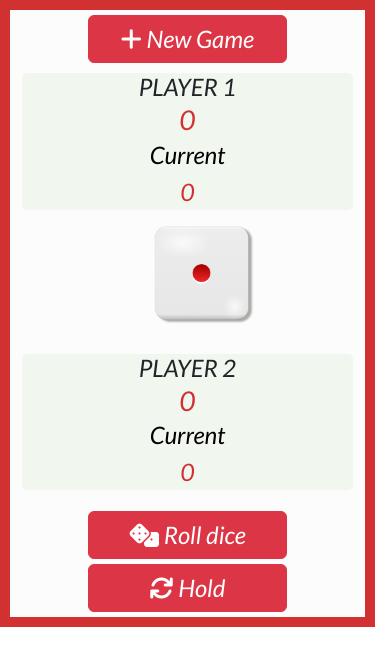
Repository: haifabilel/Eval_JAVASCRIPT
Page: index.html
The author's editor kept a copy of each file at every save. The page is drawn from the files as they stood at one save, then again after the next save.
The browser window is 375 px wide. The pictures show the whole page.
Some web libraries are served in a nearby version.

Above is the page before, as saved 2023-06-08 11:47:24.

After the next save:
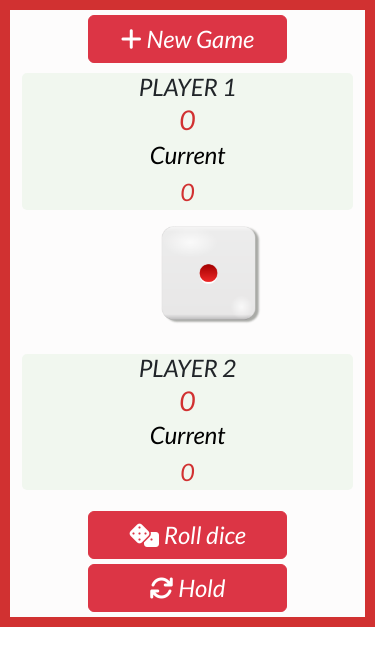
Saved 17 s later.
--- a/style.css
+++ b/style.css
@@ -126,7 +126,7 @@
     }
     img{
         width:20px;
-        margin-left:40%;
+        margin-left:42%;
         margin-top:0;
     }
     .btn_roll, .btn_hold, .btn_newGame{

After the save that followed:
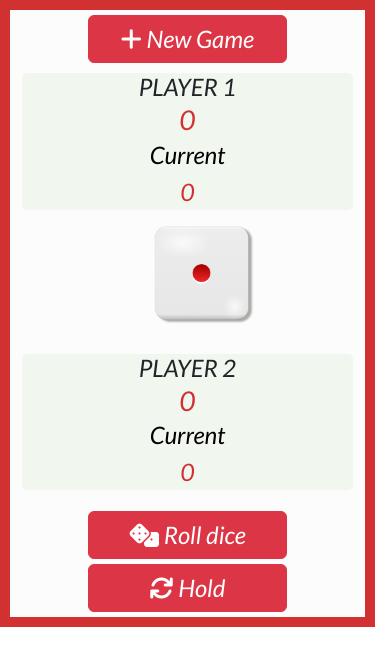
Saved 28 s later.
--- a/style.css
+++ b/style.css
@@ -126,7 +126,7 @@
     }
     img{
         width:20px;
-        margin-left:42%;
+        margin-left:40%;
         margin-top:0;
     }
     .btn_roll, .btn_hold, .btn_newGame{
